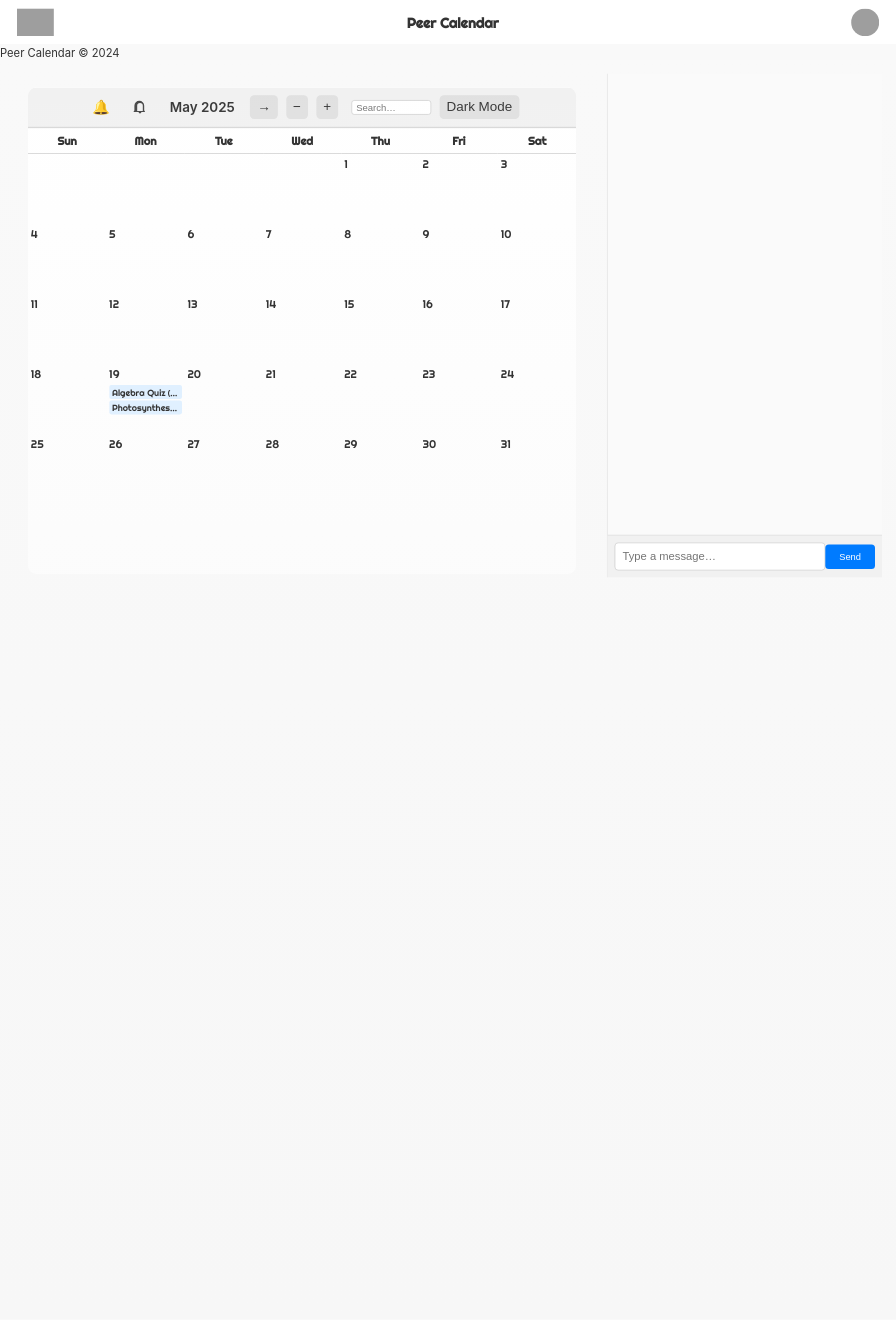
Repository: saifg123/Peer
Page: app.html
An editor plug-in stored every save of this project. The page is shown before and after the next save, followed by the edit.
The browser window is 1280 px wide. The pictures show the whole page, at 70% of full size.
Pictures or frames that could not be fetched are drawn as grey boxes.

Above is the page before, as saved 2025-05-20 20:32:24.

### app.html
<!DOCTYPE html>
<html lang="en">
<head>
  <meta charset="UTF-8" />
  <meta name="viewport" content="width=device-width, initial-scale=1.0" />
  <title>Peer Calendar</title>
  <link href="https://fonts.googleapis.com/css2?family=Righteous&display=swap" rel="stylesheet" />
  <link rel="stylesheet" href="stylesapp.css" />
  <style>
    .app-header {
      display: flex;
      align-items: center;
      justify-content: space-between;
      padding: 12px 24px;
      background-color: #ffffff;
      border-bottom: 1px solid #e0e0e0;
      position: sticky;
      top: 0;
      z-index: 100;
    }

    .app-logo {
      height: 40px;
    }

    .header-center-text {
      font-family: 'Righteous', sans-serif;
      font-size: 20px;
      font-weight: bold;
      flex-grow: 1;
      text-align: center;
      color: #333;
    }

    .profile-icon {
      height: 40px;
      width: 40px;
      border-radius: 50%;
      object-fit: cover;
    }

    .app-container {
      display: flex;
      flex-direction: row;
      align-items: flex-start;
    }

    .calendar-app {
      flex: 2;
      min-width: 0;
    }

    .chatbox {
      flex: 1;
      min-width: 300px;
      max-width: 400px;
      margin-left: 24px;
      background: #fafafa;
      border-left: 1px solid #e0e0e0;
      height: 100vh;
      display: flex;
      flex-direction: column;
      position: sticky;
      top: 0;
    }

    .chat-messages {
      flex: 1;
      overflow-y: auto;
      padding: 16px;
      display: flex;
      flex-direction: column;
      gap: 10px;
    }

    .chat-message {
      max-width: 70%;
      padding: 10px 14px;
      border-radius: 16px;
      margin-bottom: 4px;
      word-break: break-word;
      display: inline-block;
      clear: both;
    }

    .chat-message.sent {
      align-self: flex-end;
      background: #007bff;
      color: #fff;
      border-bottom-right-radius: 4px;
      border-bottom-left-radius: 16px;
    }

    .chat-message.received {
      align-self: flex-start;
      background: #e4e6eb;
      color: #222;
      border-bottom-left-radius: 4px;
      border-bottom-right-radius: 16px;
    }

    .chat-input-area {
      display: flex;
      justify-content: space-between;
      align-items: center;
      padding: 10px;
      background-color: #f1f1f1;
    }

    #chat-input {
      width: 80%;
      padding: 10px;
      border-radius: 5px;
      border: 1px solid #ccc;
    }

    #chat-send {
      padding: 10px 20px;
      background-color: #007bff;
      color: white;
      border: none;
      border-radius: 5px;
      cursor: pointer;
    }

    #chat-send:hover {
      background-color: #0056b3;
    }

    body.dark-mode {
      background-color: #121212;
      color: #000000;
    }

    body.dark-mode .chatbox {
      background-color: #1e1e1e;
      border-left: 1px solid #333;
    }

    body.dark-mode .chat-message.sent {
      background-color: #4a90e2;
    }

    body.dark-mode .chat-message.received {
      background-color: #2a2a2a;
    }

    body.dark-mode .chat-input-area {
      background-color: #1e1e1e;
    }

    body.dark-mode input,
    body.dark-mode textarea {
      background-color: #333;
      color: #f1eaea;
      border: 1px solid #555;
    }

    body.dark-mode .app-header {
      background-color: #292626;
      border-bottom: 1px solid #333;
    }

    body.dark-mode .header-center-text {
      color: #ffffff;
    }


  </style>
</head>
<body>
  <header class="app-header">
    <img src="logo.png" alt="Logo" class="app-logo" />
    <div class="header-center-text">Peer Calendar</div>
     <img src="profile.jpg" alt="Profile" class="profile-icon" />

  </header>
  <footer id="dynamic-footer" style="position:fixed;left:0;right:0;bottom:0;width:100%;background:#222;color:#fff;text-align:center;padding:2px 0;height:20px;transition:height 0.3s, padding 0.3s, font-size 0.3s;font-size:10px;z-index:150;"></footer>
    Peer Calendar &copy; 2024
  </footer>
  <script>
    (function() {
      const footer = document.getElementById('dynamic-footer');
      function adjustFooter() {
        const scrollY = window.scrollY || window.pageYOffset;
        // Tiny at first: min height 16px, max 48px
        const minH = 16, maxH = 48;
        const minPad = 2, maxPad = 12;
        // Scale height/padding with scroll, up to 600px scroll
        const factor = Math.min(scrollY / 600, 1);
        const height = minH + (maxH - minH) * factor;
        const pad = minPad + (maxPad - minPad) * factor;
        footer.style.height = height + "px";
        footer.style.paddingTop = pad + "px";
        footer.style.paddingBottom = pad + "px";
        footer.style.fontSize = (10 + 6 * factor) + "px";
      }
      window.addEventListener('scroll', adjustFooter);
      adjustFooter();
    })();
  </script>
  <!-- Add dummy content to make the page longer for scrolling -->
  <div style="height: 1800px; background: linear-gradient(to bottom, transparent 0%, #f7f7f7 100%); pointer-events: none; position: absolute; left: 0; right: 0; z-index: 0;"></div>
  <div class="app-container">
    <!-- Calendar Panel -->
    <div class="calendar-app">
      <div id="calendar-controls">
      <button type="button" id="notification-btn" title="Notifications" style="background:none;border:none;cursor:pointer;">
      <span style="font-size: 20px;">🔔</span>
      </button>
      <button type="button" id="prev" style="display:none;">&larr;</button>
      <button type="button" id="notification-btn" title="Notifications" style="background:none;border:none;cursor:pointer;display:inline-flex;align-items:center;justify-content:center;">
        <!-- Custom SVG bell icon -->
        <svg id="custom-bell-icon" width="22" height="22" viewBox="0 0 22 22" fill="none" aria-hidden="true" focusable="false" style="display:block;cursor:pointer;" xmlns="http://www.w3.org/2000/svg">
          <path d="M11 20c1.1 0 2-.9 2-2h-4a2 2 0 002 2zm6-4V9a7 7 0 10-14 0v7l-1 1v1h16v-1l-1-1zm-2 .5H7V9a4 4 0 118 0v7.5z" fill="#444"/>
        </svg>
        <script>
          // Custom bell click opens notification center
          (function() {
            const bell = document.getElementById('custom-bell-icon');
            const notifCenter = document.getElementById('notification-center');
            function showNotifCenter() {
              notifCenter.style.display = "block";
              void notifCenter.offsetWidth;
              notifCenter.style.opacity = "1";
              notifCenter.style.transform = "scale(1)";
            }
            bell.addEventListener('click', function(e) {
              e.stopPropagation();
              showNotifCenter();
            });
          })();
        </script>
      </button>
      <script>
        // Show #prev button only when footer is maximized
        (function() {
          const prevBtn = document.getElementById('prev');
          const footer = document.getElementById('dynamic-footer');
          function checkFooter() {
            // Footer is maximized if height is close to 48px (allow small margin)
            const h = parseFloat(getComputedStyle(footer).height);
            if (h >= 46) {
              prevBtn.style.display = '';
            } else {
              prevBtn.style.display = 'none';
            }
          }
          window.addEventListener('scroll', checkFooter);
          // Initial check
          checkFooter();
        })();

        // Add zoom-in transition to About Us button, size matches maximized footer
        (function() {
          const footer = document.getElementById('dynamic-footer');
          let aboutBtn = null;
          function updateAboutBtn() {
            const h = parseFloat(getComputedStyle(footer).height);
            const padTop = parseFloat(getComputedStyle(footer).paddingTop);
            const padBot = parseFloat(getComputedStyle(footer).paddingBottom);
            const fontSize = getComputedStyle(footer).fontSize;
            if (h >= 46) {
              if (!aboutBtn) {
                aboutBtn = document.createElement('button');
                aboutBtn.id = 'about-us-btn';
                aboutBtn.textContent = 'About Us';
                aboutBtn.style.cssText = `
                  margin-left:12px;
                  background:#444;
                  color:#fff;
                  border:none;
                  border-radius:4px;
                  cursor:pointer;
                  transition:transform 0.22s cubic-bezier(.4,1.4,.6,1), opacity 0.18s, height 0.22s, padding 0.22s, font-size 0.22s;
                  transform:scale(0.85);
                  opacity:0;
                  vertical-align:middle;
                  display:inline-block;
                `;
                aboutBtn.onclick = function() {
                  alert('Peer Calendar\n\nA collaborative calendar and chat app.\n\nCreated by your team, 2024.');
                };
                footer.appendChild(aboutBtn);
                // Force reflow and animate in
                void aboutBtn.offsetWidth;
                aboutBtn.style.transform = 'scale(1)';
                aboutBtn.style.opacity = '1';
              }
              // Always update About Us button size to match footer
              aboutBtn.style.height = h + 'px';
              aboutBtn.style.paddingTop = padTop + 'px';
              aboutBtn.style.paddingBottom = padBot + 'px';
              aboutBtn.style.fontSize = fontSize;
              aboutBtn.style.lineHeight = (h - padTop - padBot) + 'px';
              aboutBtn.style.paddingLeft = '18px';
              aboutBtn.style.paddingRight = '18px';
            } else {
              if (aboutBtn && aboutBtn.parentNode) {
                // Animate out, then remove
                aboutBtn.style.transform = 'scale(0.85)';
                aboutBtn.style.opacity = '0';
                setTimeout(() => {
                  if (aboutBtn && aboutBtn.parentNode) {
                    aboutBtn.parentNode.removeChild(aboutBtn);
                    aboutBtn = null;
                  }
                }, 180);
              }
            }
          }
          window.addEventListener('scroll', updateAboutBtn);
          // Initial check
          updateAboutBtn();
        })();

        // Fade in footer as you scroll down
        (function() {
          const footer = document.getElementById('dynamic-footer');
          footer.style.transition = (footer.style.transition ? footer.style.transition + ',' : '') + ' opacity 0.3s';
          function updateFooterOpacity() {
            // Fade in from scrollY 0 to 120px
            const y = window.scrollY || window.pageYOffset;
            let opacity = Math.min(Math.max((y - 0) / 120, 0), 1);
            footer.style.opacity = opacity;
            // Hide pointer events when invisible
            footer.style.pointerEvents = opacity > 0 ? '' : 'none';
          }
          window.addEventListener('scroll', updateFooterOpacity);
          // Initial state
          updateFooterOpacity();
        })();

        // Move the event search textbox up in the page
        (function() {
          // Move #event-search before #notification-btn
          const search = document.getElementById('event-search');
          const notifBtn = document.getElementById('notification-btn');
          if (search && notifBtn && notifBtn.parentNode) {
            notifBtn.parentNode.insertBefore(search, notifBtn);
          }
        })();
      </script>
      <div id="view-label">Month</div>
      <button type="button" id="next">&rarr;</button>
      <button type="button" id="zoom-out">−</button>
      <button type="button" id="zoom-in">+</button>
      <input id="event-search" placeholder="Search…" />
      <div id="notification-center" style="display:none; position:absolute; left:30px; top:70px; width:300px; background:#fff; border:1px solid #ccc; border-radius:8px; box-shadow:0 2px 8px rgba(0,0,0,0.15); z-index:200;">
      <div style="display:flex; justify-content:space-between; align-items:center; padding:10px 16px; border-bottom:1px solid #eee;">
      <span style="font-weight:bold;">Notifications</span>
      <button type="button" id="close-notification-center" style="background:none;border:none;font-size:18px;cursor:pointer;">&times;</button>
      </div>
      <div style="padding:16px; color:#666;">No notifications.</div>
      </div>
      <script>
      // Make notification center draggable

      // Add zoom-in/out animation to notification center
      (function() {
      const notifCenter = document.getElementById('notification-center');
      notifCenter.style.transition = "transform 0.22s cubic-bezier(.4,1.4,.6,1), opacity 0.18s";
      notifCenter.style.transformOrigin = "top left";
      notifCenter.style.opacity = "0";
      notifCenter.style.transform = "scale(0.85)";

      function showNotifCenter() {
        notifCenter.style.display = "block";
        // Force reflow for transition
        void notifCenter.offsetWidth;
        notifCenter.style.opacity = "1";
        notifCenter.style.transform = "scale(1)";
      }
      function hideNotifCenter() {
        notifCenter.style.opacity = "0";
        notifCenter.style.transform = "scale(0.85)";
        setTimeout(() => {
        notifCenter.style.display = "none";
        }, 180);
      }

      // Patch notification button logic
      const notifBtn = document.getElementById('notification-btn');
      const notifClose = document.getElementById('close-notification-center');
      notifBtn.addEventListener('click', () => {
        if (notifCenter.style.display === 'none' || notifCenter.style.opacity === "0") {
        showNotifCenter();
        } else {
        hideNotifCenter();
        }
      });
      notifClose.addEventListener('click', hideNotifCenter);
      document.addEventListener('mousedown', (e) => {
        if (
        notifCenter.style.display === 'block' &&
        !notifCenter.contains(e.target) &&
        e.target !== notifBtn
        ) {
        hideNotifCenter();
        }
      });
      })();
      (function() {
      const notifCenter = document.getElementById('notification-center');
      let isDragging = false, offsetX = 0, offsetY = 0;

      function enableDrag() {
        // Drag handle is the header bar (first child div)
        const dragHandle = notifCenter.querySelector('div');
        if (!dragHandle) return;
        dragHandle.style.cursor = "move";

        dragHandle.addEventListener('mousedown', function(e) {
        isDragging = true;
        const rect = notifCenter.getBoundingClientRect();
        offsetX = e.clientX - rect.left;
        offsetY = e.clientY - rect.top;
        document.body.style.userSelect = "none";
        notifCenter.style.zIndex = 999;
        });

        document.addEventListener('mousemove', function(e) {
        if (isDragging) {
        notifCenter.style.left = (e.clientX - offsetX) + "px";
        notifCenter.style.top = (e.clientY - offsetY) + "px";
        notifCenter.style.right = "auto";
        notifCenter.style.position = "fixed"; // <-- Make sure it's fixed for dragging
        }
        });

        document.addEventListener('mouseup', function() {
        isDragging = false;
        document.body.style.userSelect = "";
        });
      }

      // Enable drag after DOMContentLoaded
      if (document.readyState === "loading") {
        document.addEventListener("DOMContentLoaded", enableDrag);
      } else {
        enableDrag();
      }
      })();
      </script>
      <button type="button" id="toggle-dark-mode">Dark Mode</button>
      </div>
      <div id="calendar-view"></div>
      <div id="calendar"></div>
    </div>
    <!-- Removed duplicate About Us button script to prevent two buttons from appearing -->

    <div id="event-modal" class="hidden">
      <div id="event-modal-content">
        <div id="event-modal-header">
          <span id="event-modal-date"></span>
          <button type="button" id="event-modal-close">&times;</button>
        </div>
        <textarea id="event-modal-text" placeholder="Add a note..."></textarea>
        <button type="button" id="event-modal-save">Save</button>
      </div>
    </div>

    <!-- Chat Panel -->
    <div class="chatbox">
      <div id="chat-messages" class="chat-messages"></div>
      <div class="chat-input-area">
        <input type="text" id="chat-input" placeholder="Type a message…" />
        <button type="button" id="chat-send">Send</button>
      </div>
    </div>
  </div>

  <script src="script.js"></script>
</body>
</html>

Loaded but not shown: script.js (566 lines, source omitted); stylesapp.css (491 lines, source omitted)

After the next save:
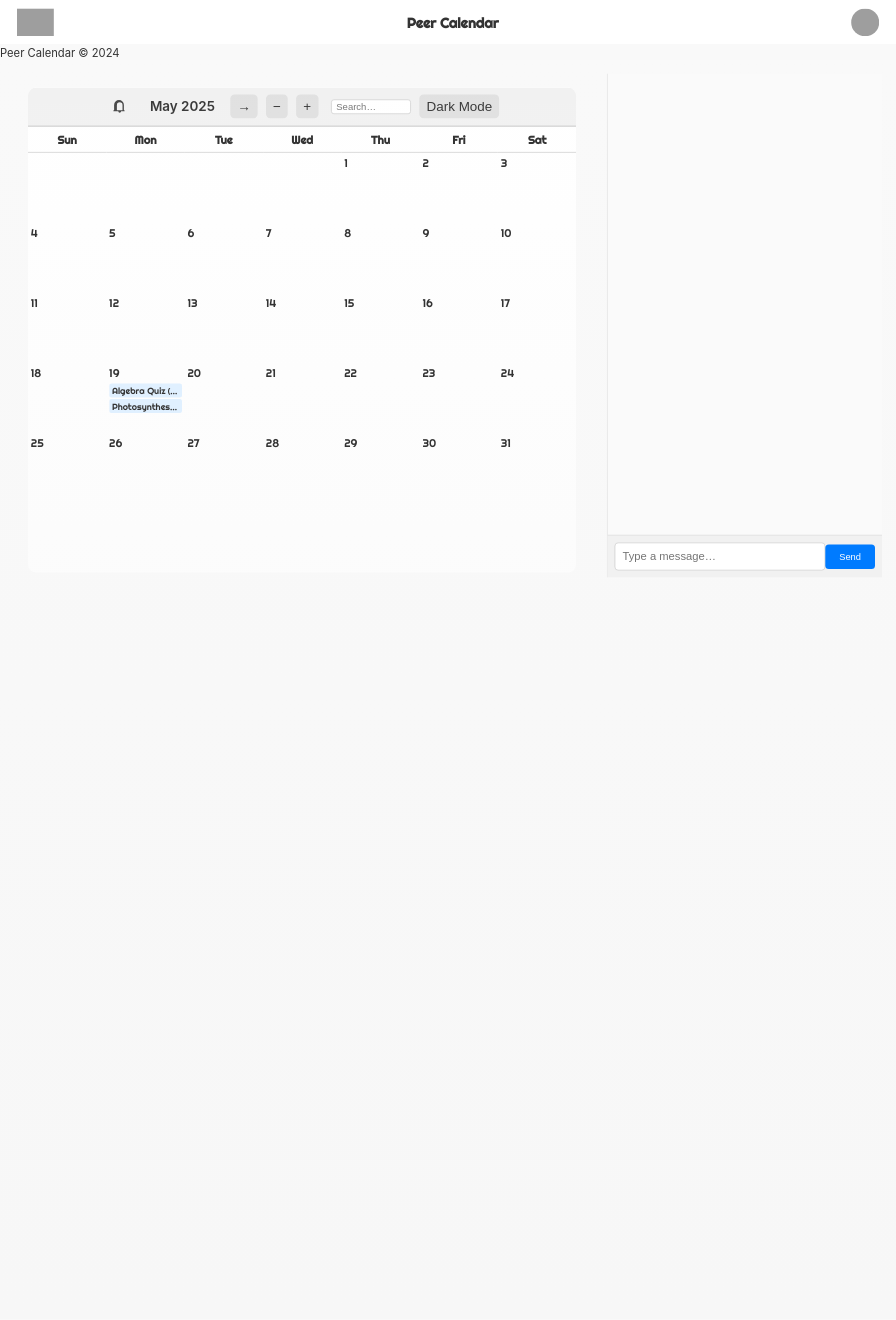
Saved 39 s later.
--- a/app.html
+++ b/app.html
@@ -205,32 +205,12 @@
     <!-- Calendar Panel -->
     <div class="calendar-app">
       <div id="calendar-controls">
-      <button type="button" id="notification-btn" title="Notifications" style="background:none;border:none;cursor:pointer;">
-      <span style="font-size: 20px;">🔔</span>
-      </button>
       <button type="button" id="prev" style="display:none;">&larr;</button>
       <button type="button" id="notification-btn" title="Notifications" style="background:none;border:none;cursor:pointer;display:inline-flex;align-items:center;justify-content:center;">
         <!-- Custom SVG bell icon -->
         <svg id="custom-bell-icon" width="22" height="22" viewBox="0 0 22 22" fill="none" aria-hidden="true" focusable="false" style="display:block;cursor:pointer;" xmlns="http://www.w3.org/2000/svg">
           <path d="M11 20c1.1 0 2-.9 2-2h-4a2 2 0 002 2zm6-4V9a7 7 0 10-14 0v7l-1 1v1h16v-1l-1-1zm-2 .5H7V9a4 4 0 118 0v7.5z" fill="#444"/>
         </svg>
-        <script>
-          // Custom bell click opens notification center
-          (function() {
-            const bell = document.getElementById('custom-bell-icon');
-            const notifCenter = document.getElementById('notification-center');
-            function showNotifCenter() {
-              notifCenter.style.display = "block";
-              void notifCenter.offsetWidth;
-              notifCenter.style.opacity = "1";
-              notifCenter.style.transform = "scale(1)";
-            }
-            bell.addEventListener('click', function(e) {
-              e.stopPropagation();
-              showNotifCenter();
-            });
-          })();
-        </script>
       </button>
       <script>
         // Show #prev button only when footer is maximized
